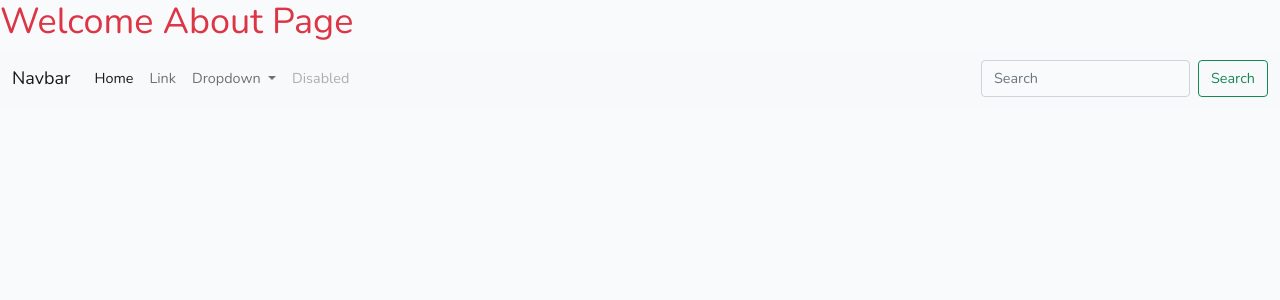
Repository: Aram5864/aaa
Page: http://localhost/about
An editor plug-in stored every save of this project. The page is shown before and after the next save, followed by the edit.
The browser window is 1280 px wide. The pictures show the whole page.
The page is served by the project's Laravel application, run on PHP 8.4 with Laravel 8.

Above is the page before, as saved 2022-04-01 13:16:55.

After the next save:
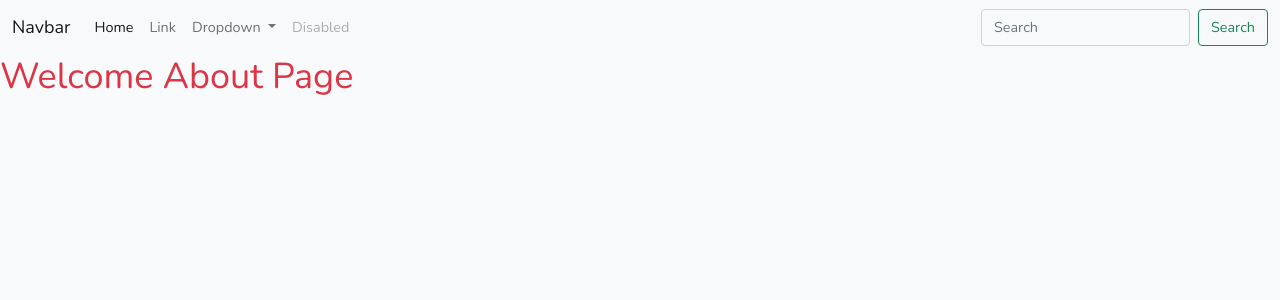
Saved 14 s later.
--- a/resources/views/layouts/app.blade.php
+++ b/resources/views/layouts/app.blade.php
@@ -11,9 +11,10 @@
 </head>
 
 <body>
-    @yield('content')
+
 
     @include('layouts.navbar')
+    @yield('content')
 </body>
 
 </html>
